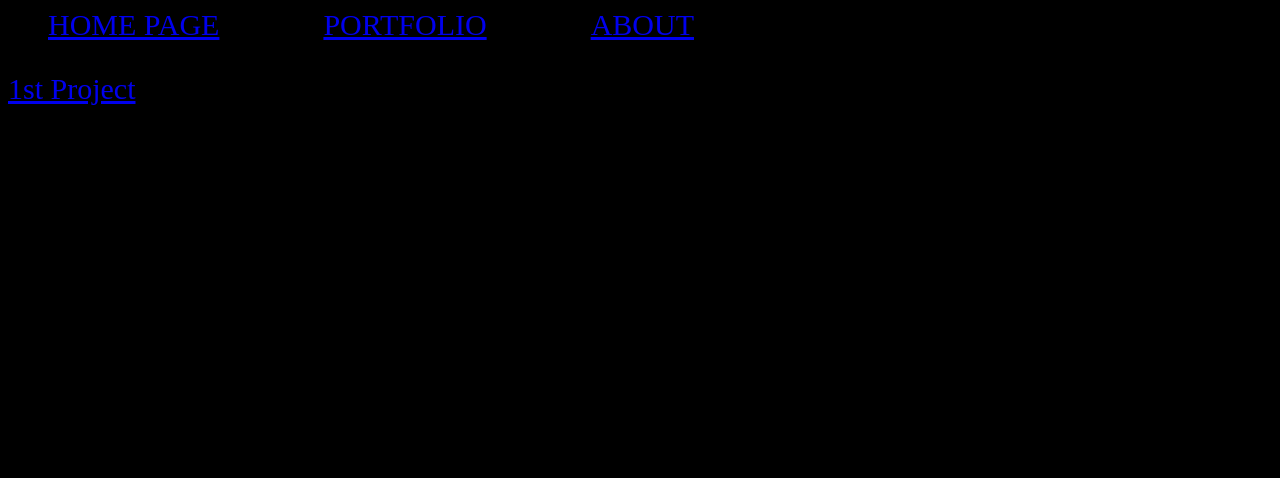
Repository: mike3245/mike3245.github.io
Page: portfolio.html
The author's editor kept a record of every edit. The page is drawn from the files as they stood at one moment, then again after the next edit.
The browser window is 1280 px wide. The pictures show the whole page.

Above is the page before.

After the next edit:
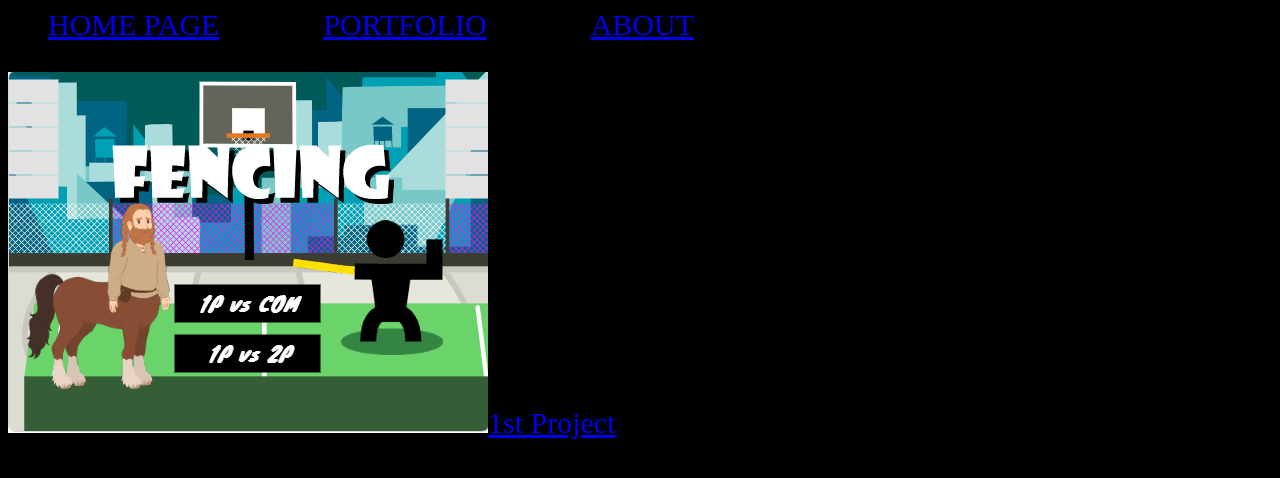
The edit:
--- a/portfolio.html
+++ b/portfolio.html
@@ -17,7 +17,7 @@
     </ul>
 
     <u2>
-       <p><a href=" <a href="https://scratch.mit.edu/projects/326935698/">1st Project</a></p>
+       <p><a href="https://scratch.mit.edu/projects/326935698/"><img src="./Image/Capture.PNG">1st Project</a></p>
 
     </u2>
 
